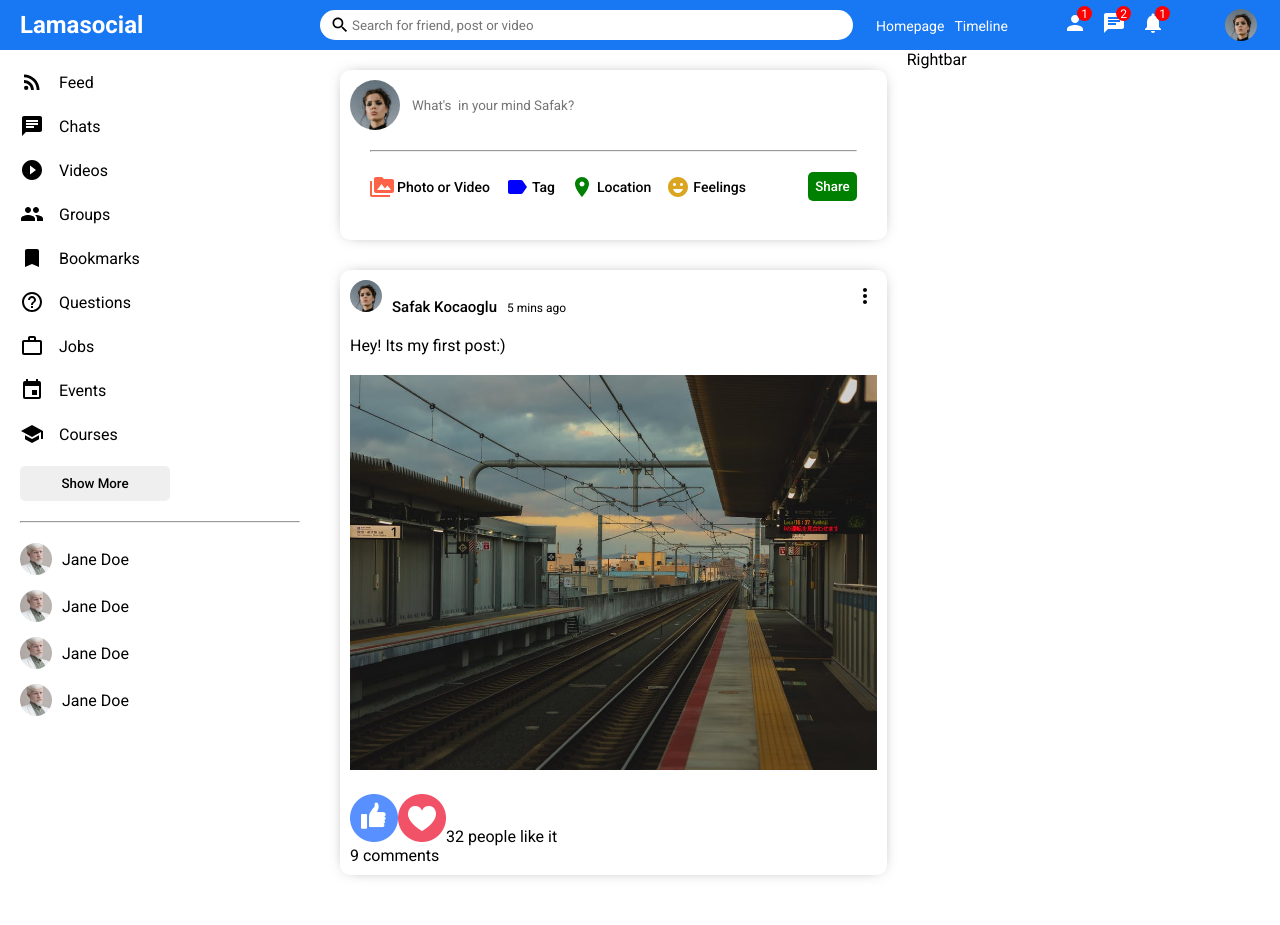
Repository: nazlinres01/react-social
Page: / (app in client/)
An editor plug-in stored every save of this project. The page is shown before and after the next save, followed by the edit.
The browser window is 1280 px wide. The pictures show the whole page.
The project was rebuilt for these pictures with package versions that can differ from the ones it lists, and the page was loaded fresh each time.

Above is the page before, as saved 2024-06-13 11:34:13.

After the next save:
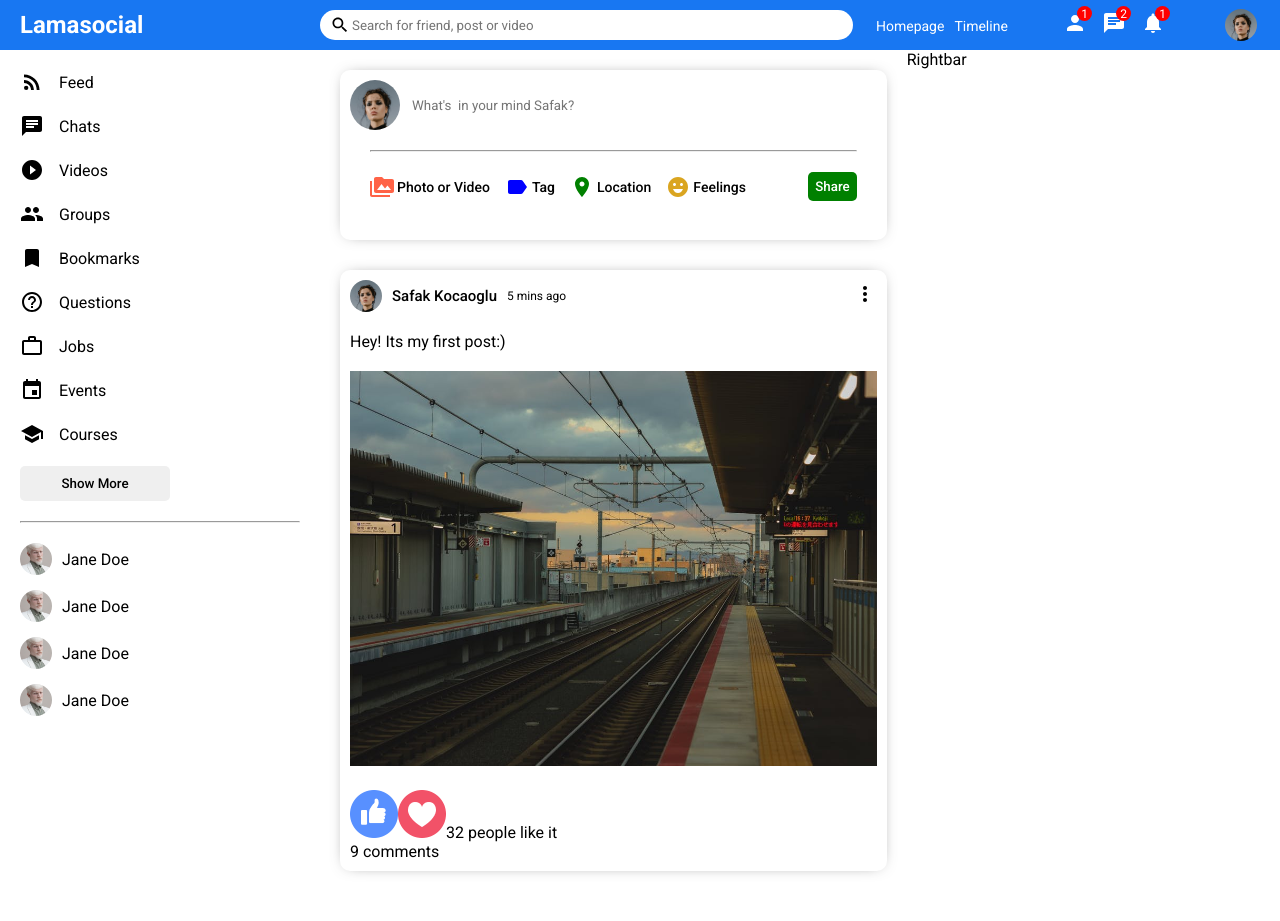
Saved 102 s later.
--- a/client/src/components/post/post.css
+++ b/client/src/components/post/post.css
@@ -16,7 +16,7 @@
     justify-content: space-between;
 }
 
-.portTopLeft {
+.postTopLeft {
     display: flex;
     align-items: center;
 }
